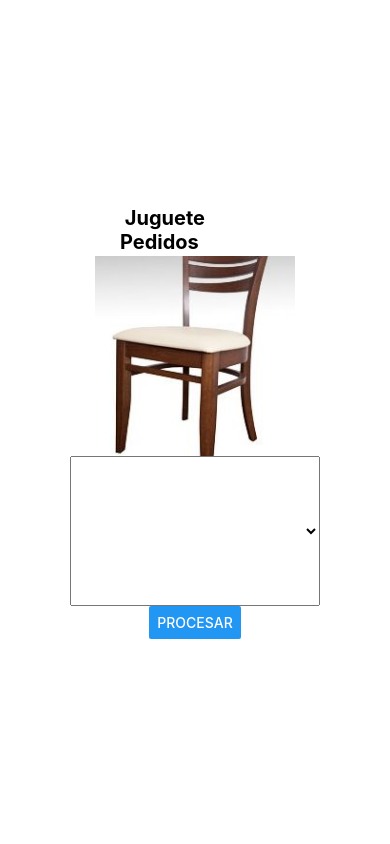
Repository: oscaredu1998/compras
Screen: / (app in frontend/)
The author's editor kept a copy of each file at every save. The screen is drawn from the files as they stood at one save, then again after the next save.
The app was drawn by React Native's web renderer in a window 390 px wide. The project was rebuilt for these pictures with package versions that can differ from the ones it lists, and the page was loaded fresh each time.

Above is the screen before, as saved 2020-02-21 18:09:33.

### frontend/App.js
import React, { Component } from 'react';
import { Picker, View, Image, StyleSheet, Button, Text, Alert } from 'react-native';
import axios from 'axios';

const URL = "http://192.168.0.104:5000/api/";

export default class App extends Component {
  state = {
    response: ''
  }

  handleSelect = text => {
    this.setState({ response: text });
  };

  getData = () => {
    axios.get(URL+this.state.response)
    .then(response => {
      Alert.alert("Usted ha selecionado: " + JSON.stringify(response.data.empresa),
      ("Tiempo estimado de: " + JSON.stringify(response.data.tiempo) + " para su entrega"))
      // this.setState({ serverRes: response.data.datos })
    })
    .catch(error => {
      console.log(error)
    })
  }

  render() {
    return (
      <View style={styles.container}>
        <Text style={{width: 150, height: 50, fontSize: 20, fontWeight: 'bold'}}> Juguete Pedidos</Text>
        <Image
            style={{width: 200, height: 200}}
            source={require('./assets/silla.jpg')}
          />
        <Picker style={{ height: 150, width: 250 }} onValueChange={this.handleSelect}>
          <Picker.Item label="" value="" />
          <Picker.Item label="Fedex" value="fedex" />
          <Picker.Item label="Correo del Ecuador" value="correos-ecuador" />
          <Picker.Item label="Servientrega" value="servientrega" />
        </Picker>
        <Button
          title="Procesar"
          onPress = {() => {this.getData()}}
          // onPress={() => alert(JSON.stringify(this.state.response))}
        />
      </View>
    )
  }
}


const styles = StyleSheet.create({
  container: {
    flex: 1,
    backgroundColor: '#fff',
    alignItems: 'center',
    justifyContent: 'center',
  },
});

After the next save:
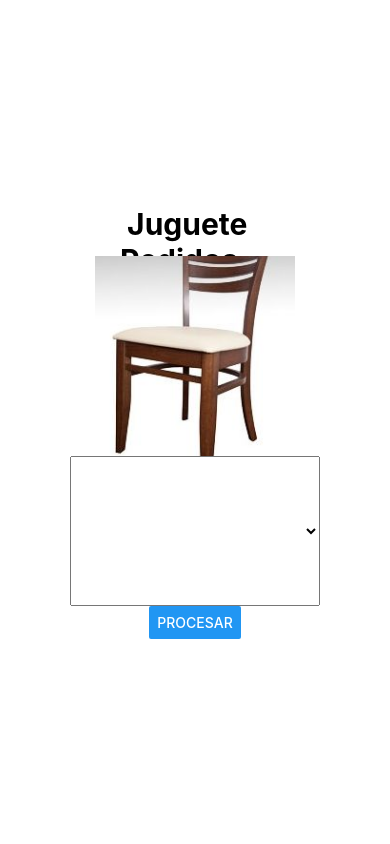
Saved 3 min 32 s later.
--- a/frontend/App.js
+++ b/frontend/App.js
@@ -28,7 +28,7 @@ export default class App extends Component {
   render() {
     return (
       <View style={styles.container}>
-        <Text style={{width: 150, height: 50, fontSize: 20, fontWeight: 'bold'}}> Juguete Pedidos</Text>
+        <Text style={{width: 150, height: 50, fontSize: 30, fontWeight: 'bold'}}> Juguete Pedidos</Text>
         <Image
             style={{width: 200, height: 200}}
             source={require('./assets/silla.jpg')}
